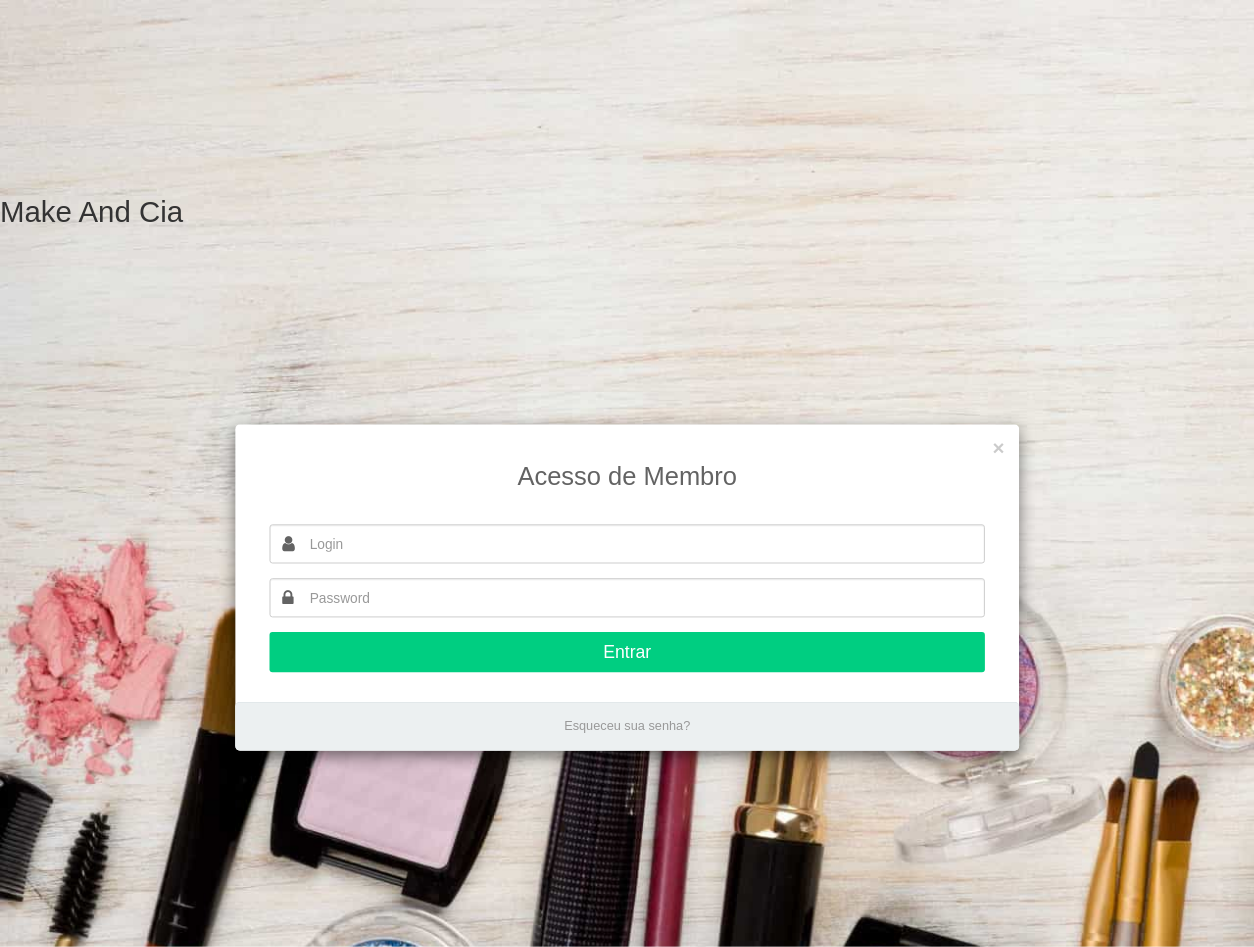
Repository: thuliobarbosa/Make_and_Cia
Page: Projeto_Make&Cia/MakeAndCia/WebContent/www/login.html
An editor plug-in stored every save of this project. The page is shown before and after the next save, followed by the edit.
The browser window is 1280 px wide. The pictures show the whole page, at 98% of full size.
Some web fonts or font styles are not loaded; a fallback is used.

Above is the page before, as saved 2020-11-10 20:03:20.

### Projeto_Make&Cia/MakeAndCia/WebContent/www/login.html
<!DOCTYPE html>
<html lang="en">
<head>
<meta charset="utf-8">
<meta http-equiv="X-UA-Compatible" content="IE=edge">
<meta name="viewport" content="width=device-width, initial-scale=1">
<title>Bootstrap Elegant Modal Login Modal Form with Icons</title>
<link href="https://fonts.googleapis.com/css?family=Roboto|Varela+Round" rel="stylesheet">
<link rel="stylesheet" href="https://maxcdn.bootstrapcdn.com/font-awesome/4.7.0/css/font-awesome.min.css">
<link rel="stylesheet" href="https://maxcdn.bootstrapcdn.com/bootstrap/3.3.7/css/bootstrap.min.css">
<script src="https://ajax.googleapis.com/ajax/libs/jquery/1.12.4/jquery.min.js"></script>
<script src="https://maxcdn.bootstrapcdn.com/bootstrap/3.3.7/js/bootstrap.min.js"></script>
<style>
    body {
		font-family: 'Varela Round', sans-serif;
		background-image: url("dist/img/make2.jpg")
	}
	.title {
		margin: 200px auto;
	}
	.modal-login {
		color: #636363;
		width: 800px;
		margin: 200px auto;
	}
	.modal-login .modal-content {
		padding: 20px;
		border-radius: 5px;
		border: none;
	}
	.modal-login .modal-header {
		border-bottom: none;
		position: relative;
		justify-content: center;
	}
	.modal-login h4 {
		text-align: center;
		font-size: 26px;
	}
	.modal-login  .form-group {
		position: relative;
	}
	.modal-login i {
		position: absolute;
		left: 13px;
		top: 11px;
		font-size: 18px;
	}
	.modal-login .form-control {
		padding-left: 40px;
	}
	.modal-login .form-control:focus {
		border-color: #00ce81;
	}
	.modal-login .form-control, .modal-login .btn {
		min-height: 40px;
		border-radius: 3px;
	}
	.modal-login .hint-text {
		text-align: center;
		padding-top: 10px;
	}
	.modal-login .close {
        position: absolute;
		top: -5px;
		right: -5px;
	}
	.modal-login .btn {
		background: #00ce81;
		border: none;
		line-height: normal;
	}
	.modal-login .btn:hover, .modal-login .btn:focus {
		background: #00bf78;
	}
	.modal-login .modal-footer {
		background: #ecf0f1;
		border-color: #dee4e7;
		text-align: center;
		margin: 0 -20px -20px;
		border-radius: 5px;
		font-size: 13px;
		justify-content: center;
	}
	.modal-login .modal-footer a {
		color: #999;
	}
	.trigger-btn {
		display: inline-block;
		margin: 100px auto;
	}
</style>
</head>
<body>

	<div class="title">
		<h2>Make And Cia</h2>
	</div>


<!-- Modal HTML -->
	<div class="modal-dialog modal-login">
		<div class="modal-content">
			<div class="modal-header">
				<h4 class="modal-title">Acesso de Membro</h4>
				<button type="button" class="close" data-dismiss="modal" aria-hidden="true">&times;</button>
			</div>
			<div class="modal-body">
				<form role="form" id="tela-login">
					<div class="form-group">
						<i class="fa fa-user"></i>
						<input type="text" class="form-control" placeholder="Login" required="required" id="">
					</div>
					<div class="form-group">
						<i class="fa fa-lock"></i>
						<input type="password" class="form-control" placeholder="Password" required="required">
					</div>
					<div class="form-group">
						<input type="submit" class="btn btn-primary btn-block btn-lg" value="Entrar">
					</div>
				</form>
			</div>
			<div class="modal-footer">
				<a href="#">Esqueceu sua senha?</a>
			</div>
		</div>
	</div>
</body>
</html>

After the next save:
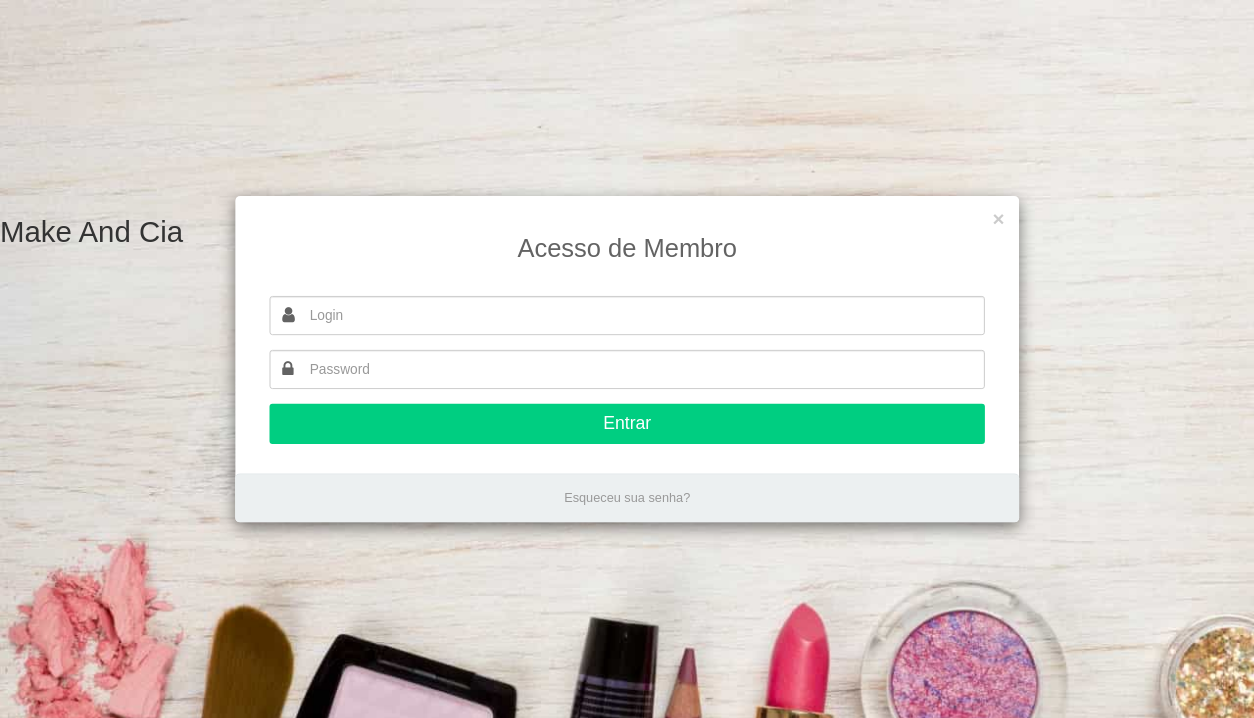
Saved 17 s later.
--- a/Projeto_Make&Cia/MakeAndCia/WebContent/www/login.html
+++ b/Projeto_Make&Cia/MakeAndCia/WebContent/www/login.html
@@ -16,7 +16,7 @@
 		background-image: url("dist/img/make2.jpg")
 	}
 	.title {
-		margin: 200px auto;
+		position: absolute;
 	}
 	.modal-login {
 		color: #636363;
